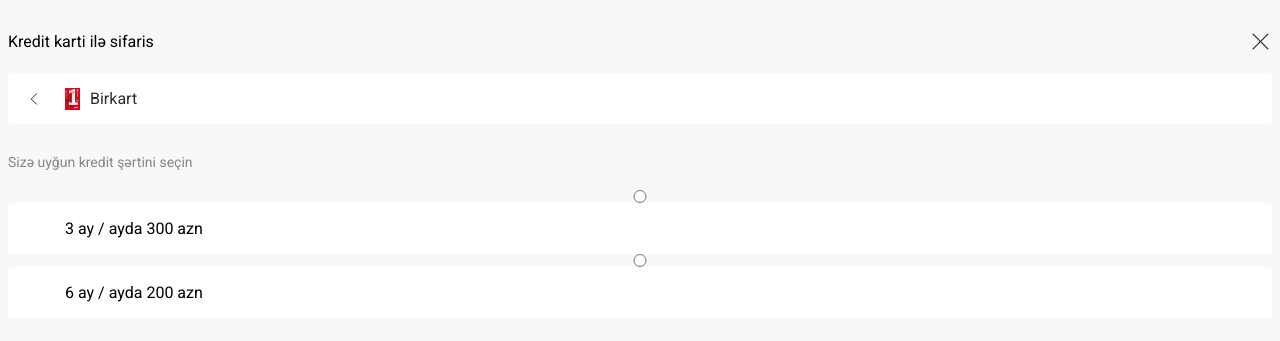
Repository: lmira7777/Carts
Page: Caravan/index.html
These files come from the project's save history. The page is drawn as it stood at one moment and after the next save; the edit follows.
The browser window is 1280 px wide. The pictures show the whole page.

Above is the page before, as saved 2024-04-25 21:45:14.

### Caravan/index.html
<!DOCTYPE html>
<html lang="en">
  <head>
    <meta charset="UTF-8" />
    <meta name="viewport" content="width=device-width, initial-scale=1.0" />
    <title>Document</title>
    <link rel="stylesheet" href="./style.css" />
  </head>
  <body>
    <div class="carts-body">
      <div class="title">Kredit karti ilə sifaris</div>
      <div class="description">Sizə uyğun kredit formasını seçin</div>
      <div class="carts"></div>
    </div>


<div class="cart-detail">
    <div class="header">
        <span>Kredit karti ilə sifaris</span>
        <img src="./img/close.svg" >
    </div>

    <div class="cart-info">
        <img src="./img/back.svg" >
        <img src="./img/birkart.png" >
        <span>Birkart</span>

    </div>

    <div class="description">Sizə uyğun kredit şərtini seçin</div>


<div class="month-list">

   <input type="radio" id="3month">
   <label for="3month">3 ay / ayda 300 azn</label>



   <input type="radio" id="6month">
   <label for="6month">6 ay / ayda 200 azn</label>



</div>



</div>


    <script src="./app.js"></script>
  </body>
</html>

### Caravan/style.css
@import url("https://fonts.googleapis.com/css2?family=Roboto:ital,wght@0,100;0,300;0,400;0,500;0,700;0,900;1,100;1,300;1,400;1,500;1,700;1,900&display=swap");
* {
  margin: 0;
  padding: 0;
  box-sizing: border-box;
  font-family: "Roboto", sans-serif;
}

body {
  background: #f8f8f8;
}
.carts-body {
  width: 100%;
  height: 100vh;
  display: flex;
  flex-direction: column;
  gap: 30px;
  padding: 30px 8px;
}
.title {
  color: #2d2d2d;
  font-size: 20px;
  font-weight: 500;
}
.description {
  color: #868686;
  font-size: 14px;
}
.carts {
  width: 100%;
  display: flex;
  flex-direction: column;
  gap: 10px;
  height: 600px;
  overflow-y: scroll;
}
.cart-item {
  width: 100%;

  flex-shrink: 0;

  height: 58px !important;
  display: flex;
  align-items: center;
  justify-content: space-between;
  background-color: #fff;
  border-radius: 4px;
  padding: 0 12px 0 20px;
}

.cart-item-left {
  display: flex;
  align-items: center;
  gap: 26px;
}

.cart-item-left > span {
  color: #2d2d2d;
  font-size: 16px;
}
.cart-detail {
  padding: 30px 8px;
  width: 100%;
  display: flex;
  flex-direction: column;
  gap: 20px;
  position: absolute;
  top: 0;
  left: 0;
  height: 100vh;
  background: #f8f8f8;
  /* display: none; */
  animation: slideIn 0.5s forwards;
}
.header {
  width: 100%;
  display: flex;
  align-items: center;
  justify-content: space-between;
}

.cart-info {
  width: 100%;
  height: 51px;
  border-radius: 4px;
  background: #fff;
  padding: 0 15px;
  display: flex;
  align-items: center;
  gap: 10px;
}
.cart-info > img:first-of-type {
  margin-right: 10px;
}

.cart-info > span {
  color: #2d2d2d;
  font-size: 16px;
}

.cart-detail > .description {
  margin-top: 10px;
}

.month-list{
    width: 100%;
    display: flex;
    flex-direction: column;
}
.month-list label{
    width: 100%;
    height: 51px;
    border-radius: 4px;
    background: #FFF;
    display: flex;
    align-items: center;
    padding-left: 57px;

}




@keyframes slideIn {
  0% {
    transform: translateX(-100%);
  }
  100% {
    transform: translateX(0);
  }
}

### Caravan/img/close.svg
<svg xmlns="http://www.w3.org/2000/svg" width="23" height="23" viewBox="0 0 23 23" fill="none">
<path d="M18.8931 4.10547L4.10742 18.8912" stroke="#2D2D2D" stroke-width="1.3" stroke-linecap="round" stroke-linejoin="round"/>
<path d="M4.10686 4.10547L18.8926 18.8912" stroke="#2D2D2D" stroke-width="1.3" stroke-linecap="round" stroke-linejoin="round"/>
</svg>

### Caravan/img/back.svg
<svg xmlns="http://www.w3.org/2000/svg" width="22" height="22" viewBox="0 0 22 22" fill="none">
<path d="M13.75 16.5L8.25 11L13.75 5.5" stroke="#2D2D2D"/>
</svg>

### Caravan/app.js
var carts = document.querySelector(".carts");

var cart = [
  {
    cartImg: "./img/birkart.png",
    cartName: "BirKart",
  },
  {
    cartImg: "./img/albali.png",
    cartName: "Albali",
  },
  {
    cartImg: "",
    cartName: "Bol kart",
  },
];

let noImgUrl = "./img/noImg.png";

cart.forEach((cartElement) => {
  carts.innerHTML += `
    <div class="cart-item">
      <div class="cart-item-left">
        <img src="${cartElement.cartImg ? cartElement.cartImg : noImgUrl}" />
        <span>${cartElement.cartName}</span>
      </div>
      <div class="cart-item-right">
        <img src="./img/arrow.svg"/>
      </div>
    </div>
    `;




});

### Caravan/img/arrow.svg
<svg xmlns="http://www.w3.org/2000/svg" width="22" height="22" viewBox="0 0 22 22" fill="none">
<path d="M8.25 5.5L13.75 11L8.25 16.5" stroke="#2D2D2D"/>
</svg>

After the next save:
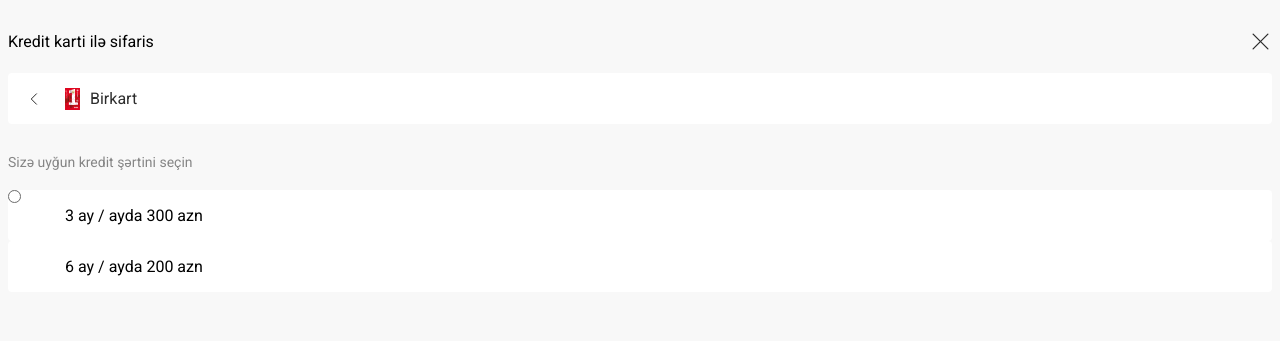
Saved 20 s later.
--- a/Caravan/style.css
+++ b/Caravan/style.css
@@ -117,6 +117,10 @@
     padding-left: 57px;
 
 }
+.month-list input{
+    position: absolute;
+
+}
 
 
 

After the save that followed:
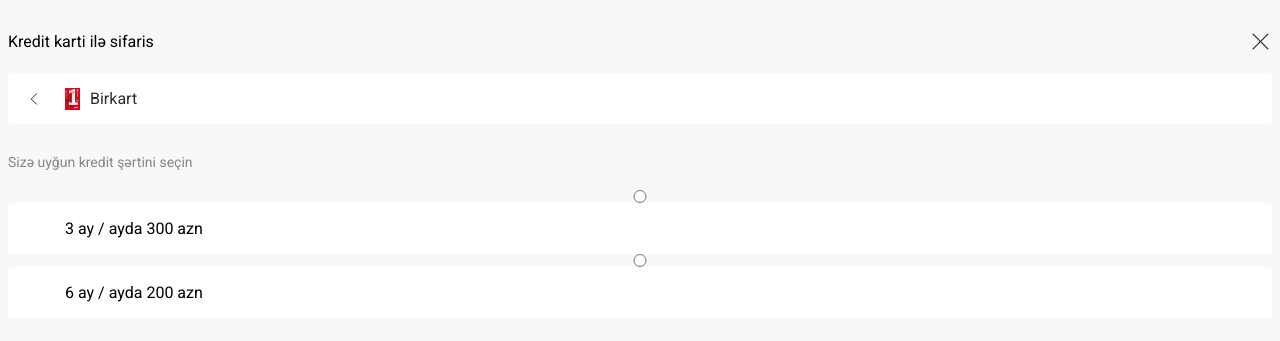
Saved 5 s later.
--- a/Caravan/style.css
+++ b/Caravan/style.css
@@ -118,7 +118,7 @@
 
 }
 .month-list input{
-    position: absolute;
+    position: relative;
 
 }
 
